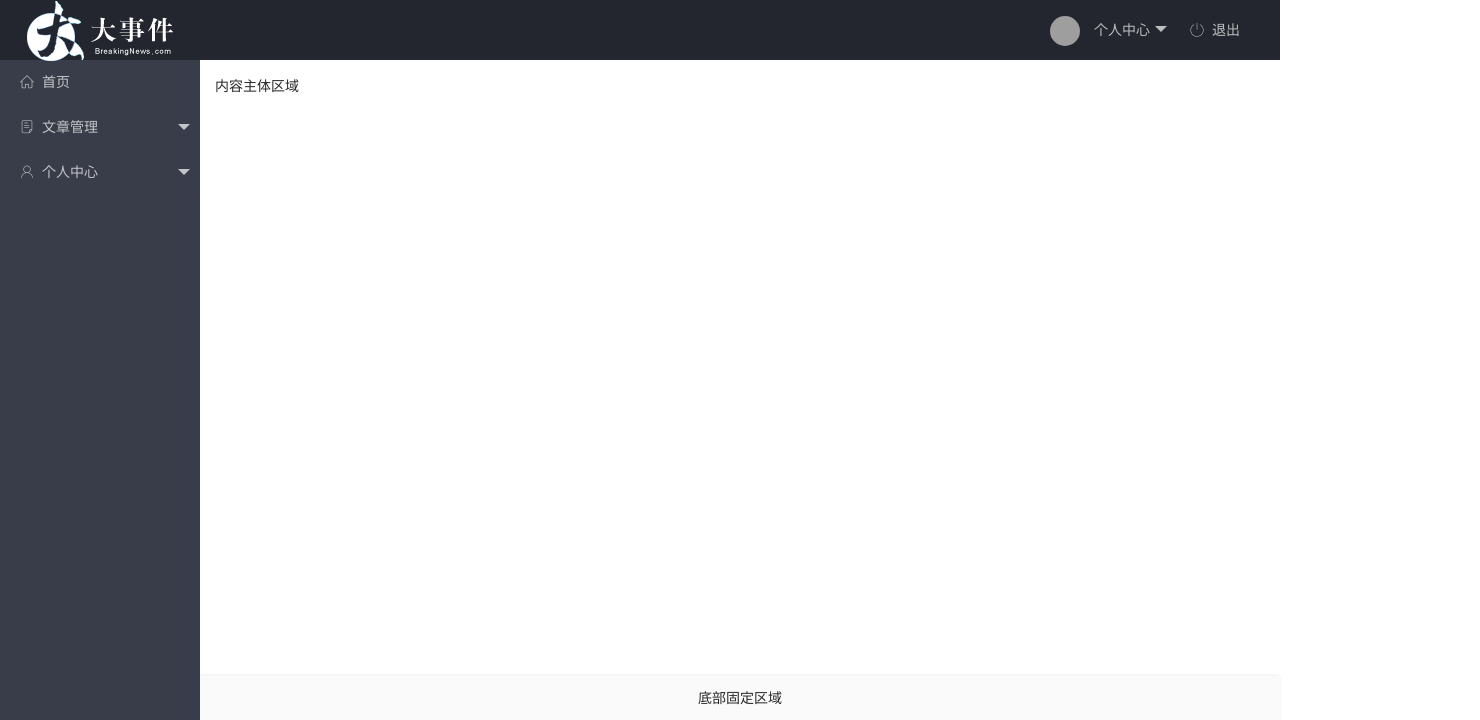
Repository: 1zhoukexin/web_aad
Page: index.html
These files come from the project's save history. The page is drawn as it stood at one moment and after the next save; the edit follows.
The browser window is 1280 px wide. The page is 1280 px wide, then 1480 px, so the pictures cover 1480 px, including what lies to the right of the window. The pictures show the whole page.
Pictures or frames that could not be fetched are drawn as grey boxes.

Above is the page before, as saved 2021-04-16 20:10:59.

After the next save:
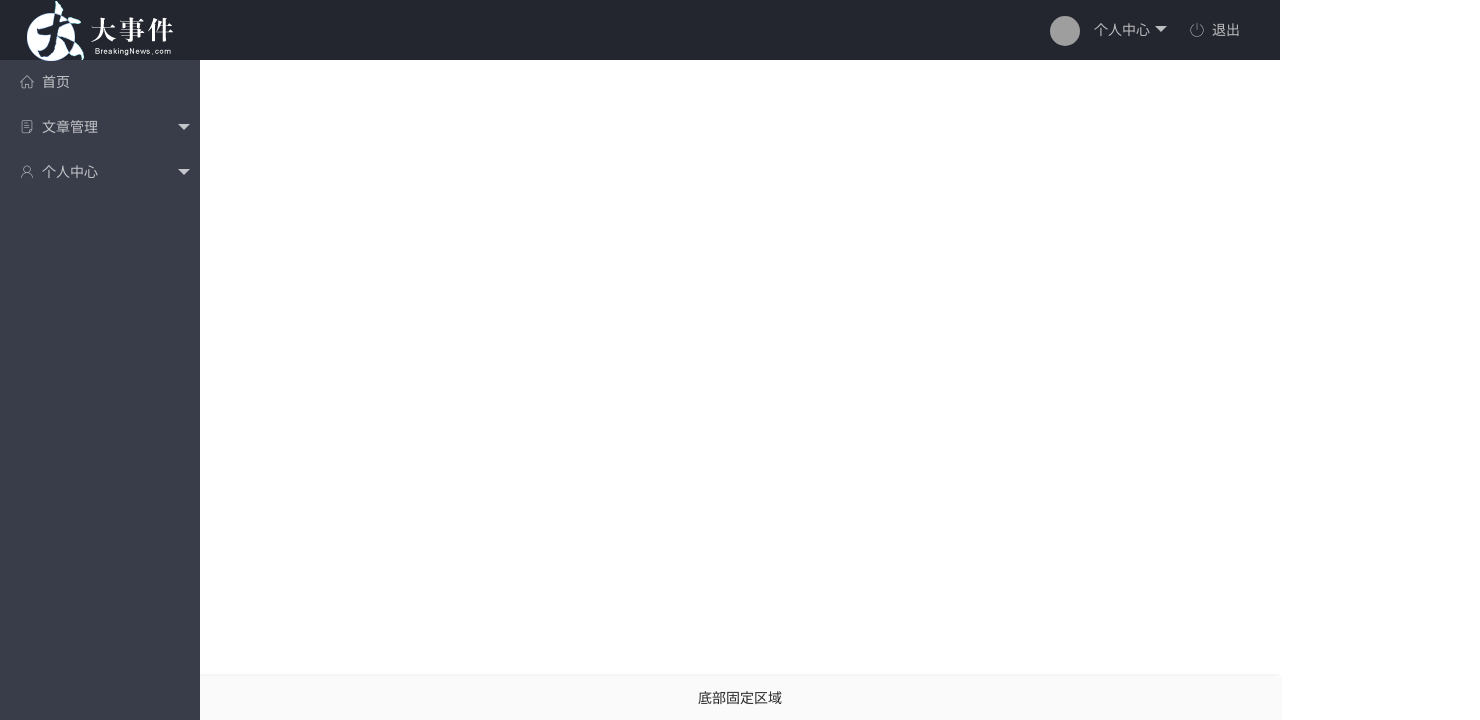
Saved 10 min 3 s later.
--- a/index.html
+++ b/index.html
@@ -83,7 +83,7 @@
 
         <div class="layui-body">
             <!-- 内容主体区域 -->
-            <div style="padding: 15px;">内容主体区域</div>
+            <iframe name="" src="" frameborder="0"></iframe>
         </div>
 
         <div class="layui-footer">
@@ -93,6 +93,11 @@
     </div>
 
     <script src="/assets/lib/layui/layui.js"></script>
+
+    <div class="layui-body">
+        <!-- 内容主体区域 -->
+        <iframe name="fm" src="" frameborder="0"></iframe>
+    </div>
 </body>
 
 </html>
